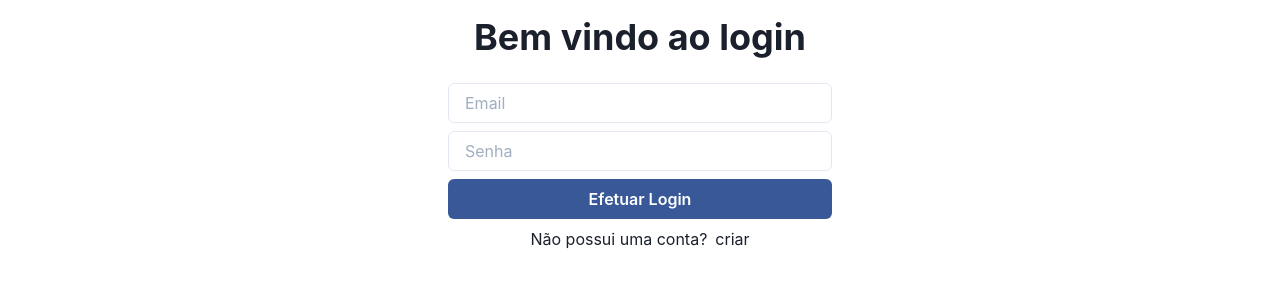
Repository: thislucasme/front-end-cats-react.js
Page: /login
An editor plug-in stored every save of this project. The page is shown before and after the next save, followed by the edit.
The browser window is 1280 px wide. The pictures show the whole page.
Some web fonts or font styles are not loaded; a fallback is used. The project was rebuilt for these pictures with package versions that can differ from the ones it lists, and the page was loaded fresh each time. Also part of the build but not shown: src/components/lista.gatos.tsx, src/hooks/useUserGato.ts, src/components/menu.tsx, src/hooks/useGatos.ts, src/components/BuscaGatos.tsx, src/components/CadastroUsuarioGato.tsx, src/components/CadastroGatos.tsx.

Above is the page before, as saved 2021-11-01 14:11:41.

### src/index.tsx
import { ColorModeScript } from "@chakra-ui/react"
import * as React from "react"
import ReactDOM from "react-dom"
import { App } from "./App"
import reportWebVitals from "./reportWebVitals"
import * as serviceWorker from "./serviceWorker"
import { ChakraProvider } from '@chakra-ui/react'
import theme from "./theme/theme";
import './theme/styles.css';

ReactDOM.render(
  <React.StrictMode>
    <ColorModeScript />
    <ChakraProvider theme={theme}>
      <App />
    </ChakraProvider>
  </React.StrictMode>,
  document.getElementById("root"),
)

// If you want your app to work offline and load faster, you can change
// unregister() to register() below. Note this comes with some pitfalls.
// Learn more about service workers: https://cra.link/PWA
serviceWorker.unregister()

// If you want to start measuring performance in your app, pass a function
// to log results (for example: reportWebVitals(console.log))
// or send to an analytics endpoint. Learn more: https://bit.ly/CRA-vitals
reportWebVitals()

### src/App.tsx
import React from "react";
import { AuthProvider } from "./context/auth";
import { RouteCommponent } from "./components/RouteComponent";
export const App: React.FC = () => {
  return (
    <AuthProvider>
      <RouteCommponent />
    </AuthProvider>
  );
}

### src/theme/theme.ts
import { extendTheme, theme as base } from '@chakra-ui/react';

const theme = extendTheme({
	fonts: {
		heading: `Fruktur, ${base.fonts?.heading}`,
		body: `Fruktur, ${base.fonts?.body}`
	}
});

export default theme;

### src/theme/styles.css
@import url('https://fonts.googleapis.com/css2?family=Fruktur&family=Montserrat:wght@500&display=swap');

### src/context/auth.tsx
import React, { createContext, useContext, useEffect, useState } from "react";
import { api } from '../lib/api';

interface AuthContextData {
	signed: boolean;
	Login(email: string, senha: string): Promise<void>;
}
const AuthContext = createContext<AuthContextData>({} as AuthContextData);


export const AuthProvider: React.FC = ({ children }) => {

	const [user, setUser] = useState<object | null>();

	useEffect(() => {
		const storageUser = localStorage.getItem('@App:user');
		const storageToken = localStorage.getItem('@App:token');

		if (storageToken && storageUser) {
			setUser(JSON.parse(storageUser));
		}
	}, [])

	async function Login(email: string, senha: string) {
		const response = await api.post('/auth/login', {
			email,
			senha
		});
		if (response.data.access_token !== undefined) {
			setUser(response.data.user);
			localStorage.setItem('@App:token', response.data.access_token);
		}
		return response.data.access_token;
	}

	return (
		<AuthContext.Provider value={{ signed: Boolean(user), Login: Login }}>
			{children}
		</AuthContext.Provider>
	);
};

export function useAuth() {
	const context = useContext(AuthContext);
	return context;
}

export default AuthContext;

### src/components/RouteComponent.tsx
import React from 'react';
import { BrowserRouter, Route, Switch } from 'react-router-dom';
import { Login } from './Login';
import { Busca } from './BuscaGatos';
import { UserCadastro } from './CadastroUsuarioGato';
import { Cadastro } from './CadastroGatos';
export const RouteCommponent = () => {
	return (
		<BrowserRouter>
			<Switch>
				<Route path="/login" component={Login} />
				<Route path="/create-account" component={UserCadastro} />
				<Route path="/cadastro/gato" component={Cadastro} />
				<Route path="/" component={Busca} />
			</Switch>
		</BrowserRouter>
	);
}

### src/lib/api.ts
import axios from "axios";

export const apiEndPoint = 'http://localhost:3000';

export const api = axios.create({
	baseURL: apiEndPoint,

});


api.interceptors.request.use(
	config => {
		const token = localStorage.getItem('@App:token');

		console.log(token);
		if (token) {

			config.headers['Authorization'] = `Bearer ${token}`
		}

		return config;
	}
)
export const apiPostUserCat = async () => {
	try {
		const res = await api.post('/auth/user');
		return res;
	} catch (e) {
		return { data: null, error: e };
	}
}

### src/components/Login.tsx
import { Center, useToast, Text, Heading, Input, Button, VStack, HStack, Link } from "@chakra-ui/react";
import React, { useState } from "react";
import { useAuth } from "../context/auth";
export const Login = () => {

	const [email, setEmail] = useState('');
	const [senha, setSenha] = useState('');

	const toast = useToast();

	const context = useAuth();

	async function handleLogin() {
		const result = await context.Login(email, senha);
		if (result === undefined) {
			toast({
				title: "Login.",
				description: "Suas credenciais estão incorretas.",
				status: "error",
				duration: 2000,
				isClosable: true,
			})
			return;
		}
		openLink('/cadastro')
	}

	function openLink(url: string) {
		window.open(url, '_self')
	}
	return (
		<Center>
			<VStack w="full">

				<VStack w="30%">
					<Heading my={4}>Bem vindo ao login</Heading>
					<Input value={email} onChange={(e) => { setEmail(e.target.value) }} placeholder="Email" />
					<Input value={senha} placeholder="Senha" onChange={(e) => setSenha(e.target.value)} type={"password"} />
					<Button colorScheme="facebook" onClick={() => { handleLogin() }} w="full">Efetuar Login</Button>
					<HStack><Text>Não possui uma conta? </Text><Link onClick={() => { openLink('/cadastro/user') }}>criar</Link></HStack>
				</VStack>
			</VStack>
		</Center>
	);
}

Loaded but not shown: public/index.html (common file); src/reportWebVitals.ts (common file); src/serviceWorker.ts (common file)

After the next save:
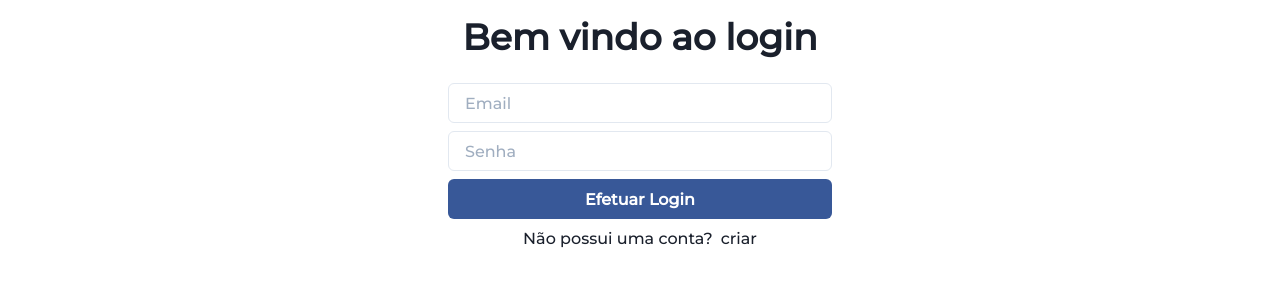
Saved 44 s later.
--- a/src/theme/theme.ts
+++ b/src/theme/theme.ts
@@ -2,8 +2,8 @@ import { extendTheme, theme as base } from '@chakra-ui/react';
 
 const theme = extendTheme({
 	fonts: {
-		heading: `Fruktur, ${base.fonts?.heading}`,
-		body: `Fruktur, ${base.fonts?.body}`
+		heading: `Montserrat, ${base.fonts?.heading}`,
+		body: `Montserrat, ${base.fonts?.body}`
 	}
 });
 
